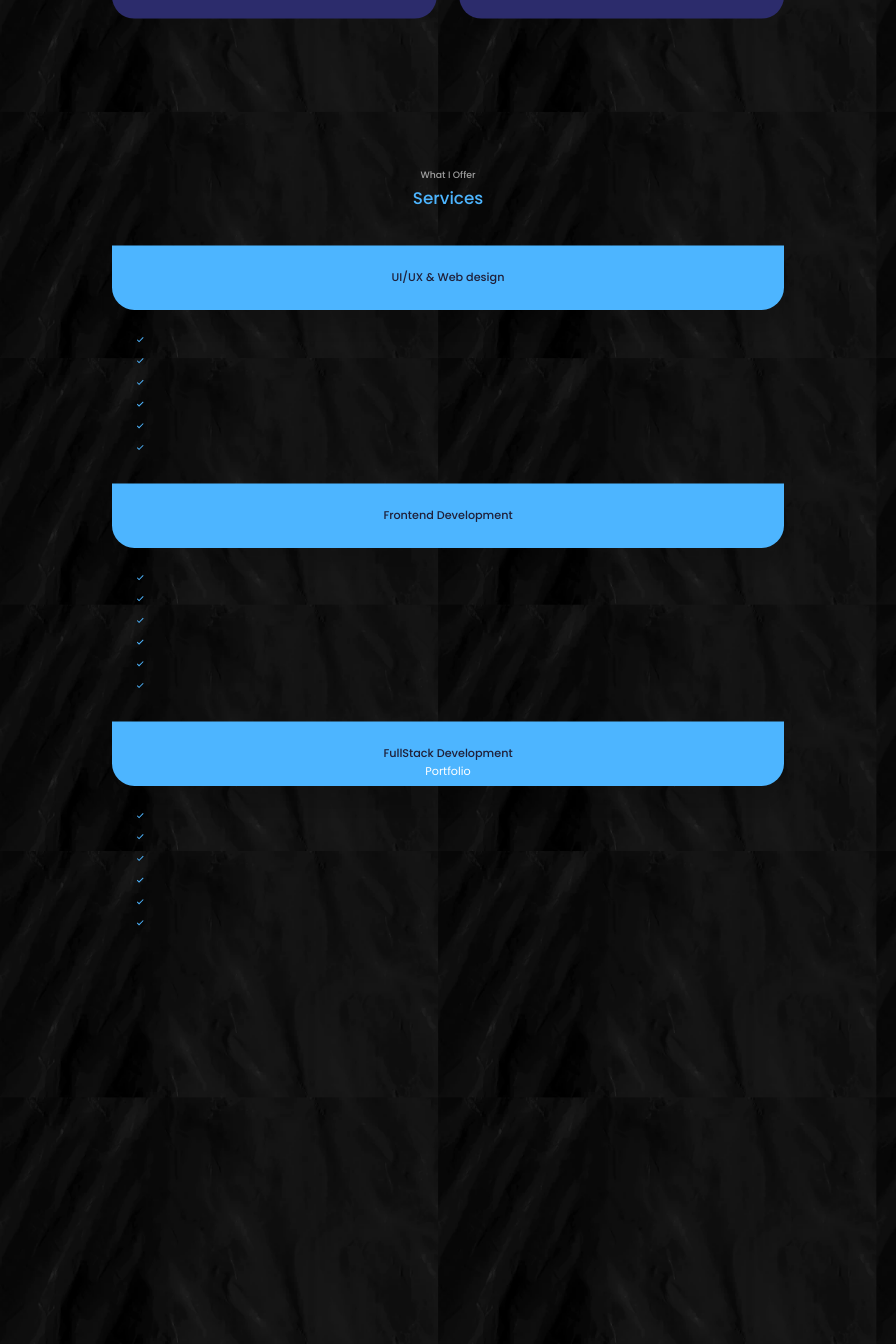
Repository: mayuri2018/Mr_react_portfolio
Page: /
These files come from the project's save history. The page is drawn as it stood at one moment and after the next save; the edit follows.
The browser window is 1280 px wide. The pictures show the part of the page from y = 2304 to 4224 px (the page is 5835 px tall), at 70% of full size.
The project was rebuilt for these pictures with package versions that can differ from the ones it lists, and the page was loaded fresh each time. Also part of the build but not shown: src/components/portfolio/portfolio.css, src/components/testimonials/testimonials.css, src/components/contact/contact.css, src/components/footer/footer.css.

Above is the page before, as saved 2023-01-26 12:00:11.

After the next save:
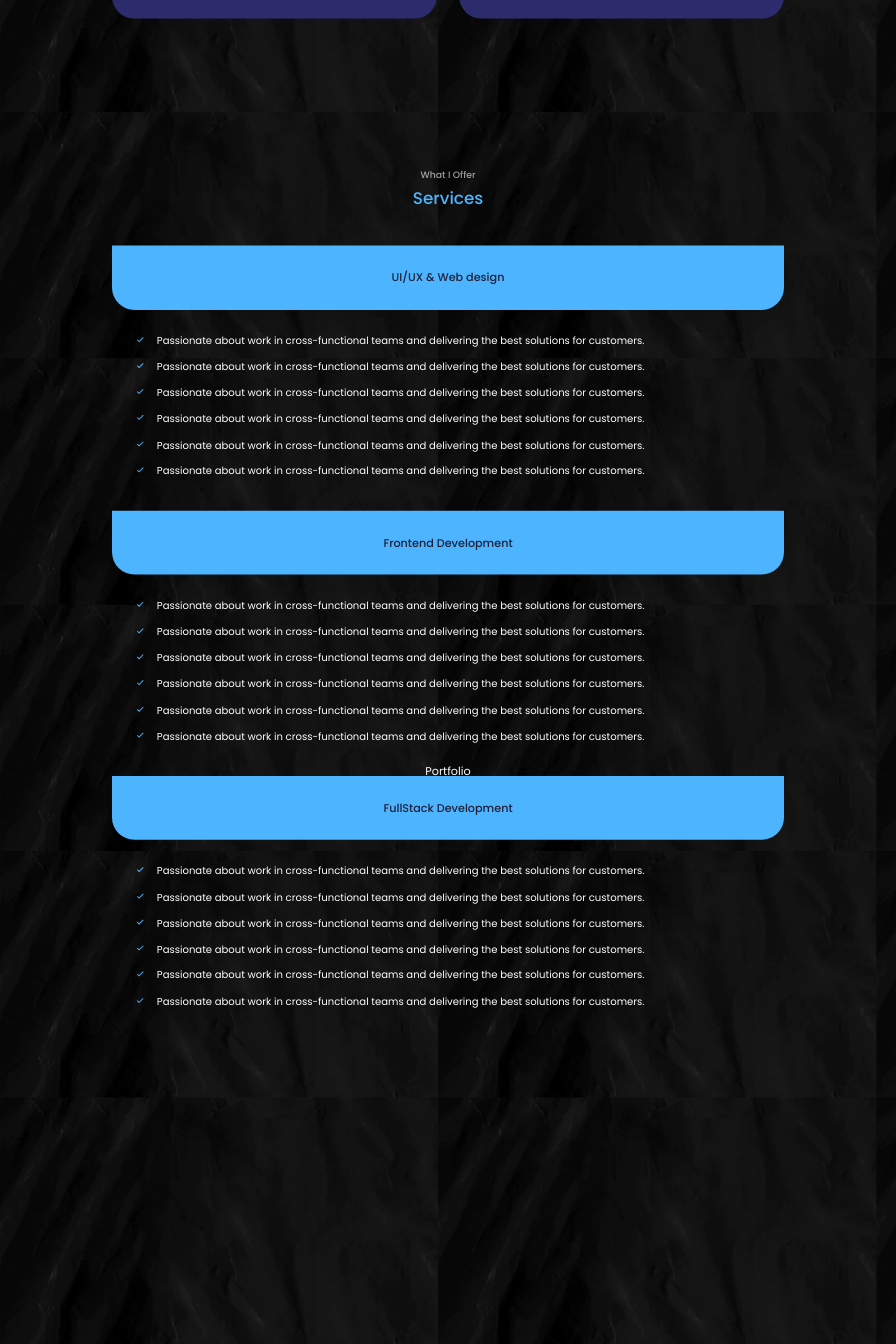
Saved 2 min 0 s later.
--- a/src/components/services/Services.jsx
+++ b/src/components/services/Services.jsx
@@ -15,27 +15,27 @@ export default function Services(){
                     <ul className="service_list">
                         <li>
                             <BiCheck className="service_list-icon"/>
-                            <p></p>
+                            <p>Passionate about work in cross-functional teams and delivering the best solutions for customers.</p>
                         </li>
                         <li>
                             <BiCheck className="service_list-icon"/>
-                            <p></p>
+                            <p>Passionate about work in cross-functional teams and delivering the best solutions for customers.</p>
                         </li>
                         <li>
                             <BiCheck className="service_list-icon"/>
-                            <p></p>
+                            <p>Passionate about work in cross-functional teams and delivering the best solutions for customers.</p>
                         </li>
                         <li>
                             <BiCheck className="service_list-icon"/>
-                            <p></p>
+                            <p>Passionate about work in cross-functional teams and delivering the best solutions for customers.</p>
                         </li>
                         <li>
                             <BiCheck className="service_list-icon"/>
-                            <p></p>
+                            <p>Passionate about work in cross-functional teams and delivering the best solutions for customers.</p>
                         </li>
                         <li>
                             <BiCheck className="service_list-icon"/>
-                            <p></p>
+                            <p>Passionate about work in cross-functional teams and delivering the best solutions for customers.</p>
                         </li>
                     </ul>
                 </article>
@@ -47,27 +47,27 @@ export default function Services(){
                     <ul className="service_list">
                         <li>
                             <BiCheck className="service_list-icon"/>
-                            <p></p>
+                            <p>Passionate about work in cross-functional teams and delivering the best solutions for customers.</p>
                         </li>
                         <li>
                             <BiCheck className="service_list-icon"/>
-                            <p></p>
+                            <p>Passionate about work in cross-functional teams and delivering the best solutions for customers.</p>
                         </li>
                         <li>
                             <BiCheck className="service_list-icon"/>
-                            <p></p>
+                            <p>Passionate about work in cross-functional teams and delivering the best solutions for customers.</p>
                         </li>
                         <li>
                             <BiCheck className="service_list-icon"/>
-                            <p></p>
+                            <p>Passionate about work in cross-functional teams and delivering the best solutions for customers.</p>
                         </li>
                         <li>
                             <BiCheck className="service_list-icon"/>
-                            <p></p>
+                            <p>Passionate about work in cross-functional teams and delivering the best solutions for customers.</p>
                         </li>
                         <li>
                             <BiCheck className="service_list-icon"/>
-                            <p></p>
+                            <p>Passionate about work in cross-functional teams and delivering the best solutions for customers.</p>
                         </li>
                     </ul>
                 </article>
@@ -79,27 +79,27 @@ export default function Services(){
                     <ul className="service_list">
                         <li>
                             <BiCheck className="service_list-icon"/>
-                            <p></p>
+                            <p>Passionate about work in cross-functional teams and delivering the best solutions for customers.</p>
                         </li>
                         <li>
                             <BiCheck className="service_list-icon"/>
-                            <p></p>
+                            <p>Passionate about work in cross-functional teams and delivering the best solutions for customers.</p>
                         </li>
                         <li>
                             <BiCheck className="service_list-icon"/>
-                            <p></p>
+                            <p>Passionate about work in cross-functional teams and delivering the best solutions for customers.</p>
                         </li>
                         <li>
                             <BiCheck className="service_list-icon"/>
-                            <p></p>
+                            <p>Passionate about work in cross-functional teams and delivering the best solutions for customers.</p>
                         </li>
                         <li>
                             <BiCheck className="service_list-icon"/>
-                            <p></p>
+                            <p>Passionate about work in cross-functional teams and delivering the best solutions for customers.</p>
                         </li>
                         <li>
                             <BiCheck className="service_list-icon"/>
-                            <p></p>
+                            <p>Passionate about work in cross-functional teams and delivering the best solutions for customers.</p>
                         </li>
                     </ul>
                 </article>
